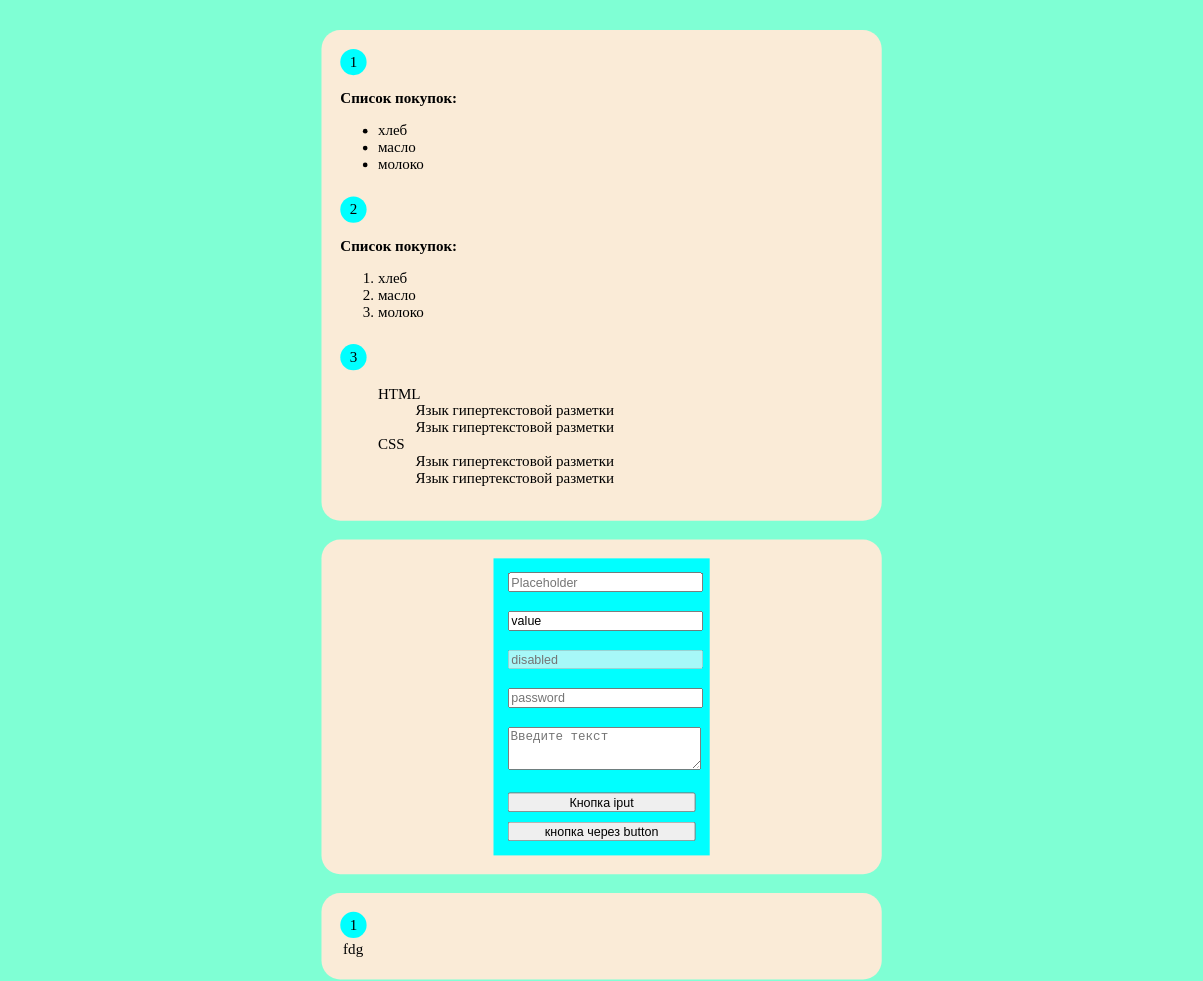
Repository: Savich01/-
Page: html/index.html
These files come from the project's save history. The page is drawn as it stood at one moment and after the next save; the edit follows.
The browser window is 1280 px wide. The pictures show the whole page, at 94% of full size.

Above is the page before, as saved 2024-05-31 15:35:46.

After the next save:
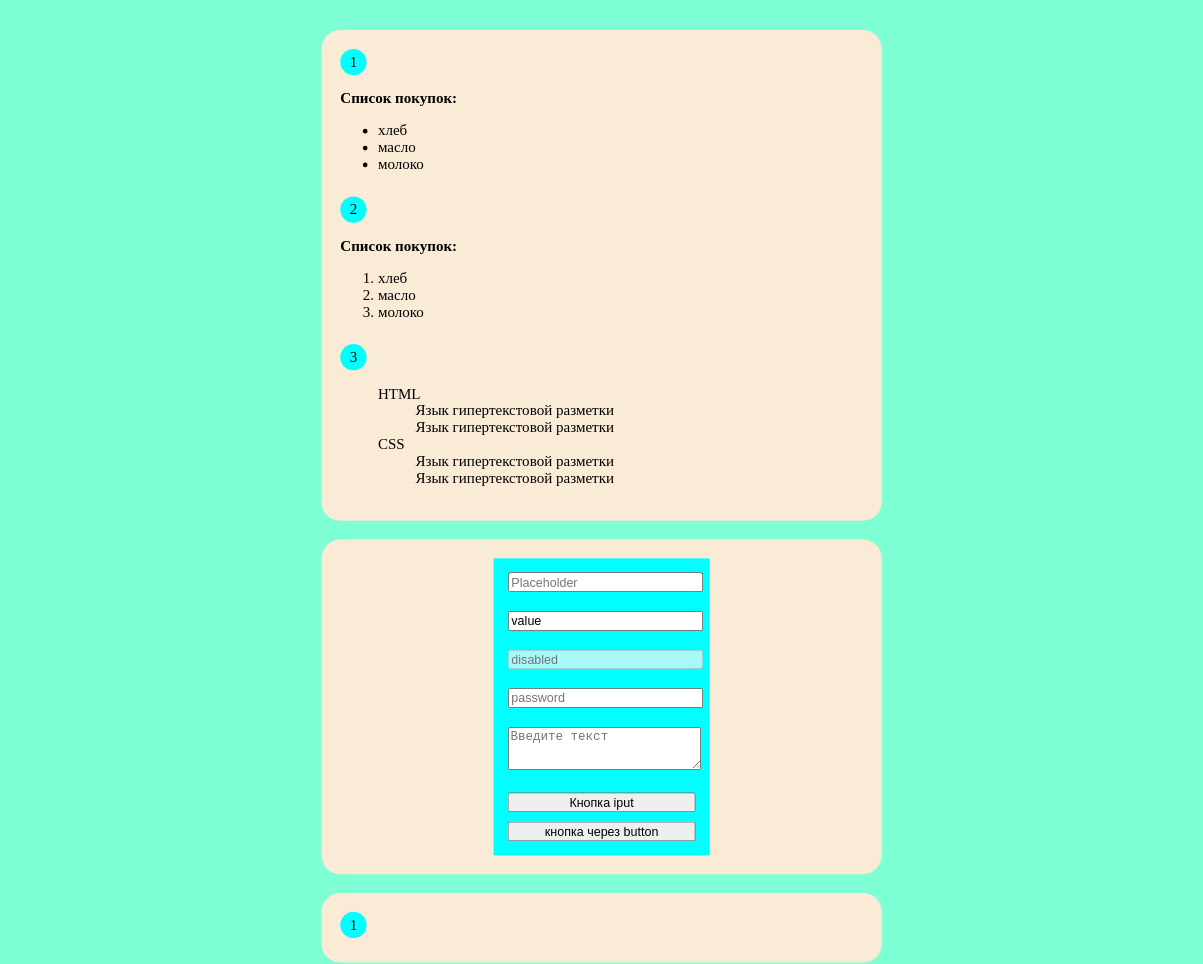
Saved 58 s later.
--- a/html/index.html
+++ b/html/index.html
@@ -66,7 +66,9 @@
             <section class="section-3">
                 <div class="block">1</div>
                 <table class="table">
-                    <td>fdg</td>
+                    <tr>
+                        <td></td>
+                    </tr>
                 </table>
             </section>
         </div>

After the save that followed:
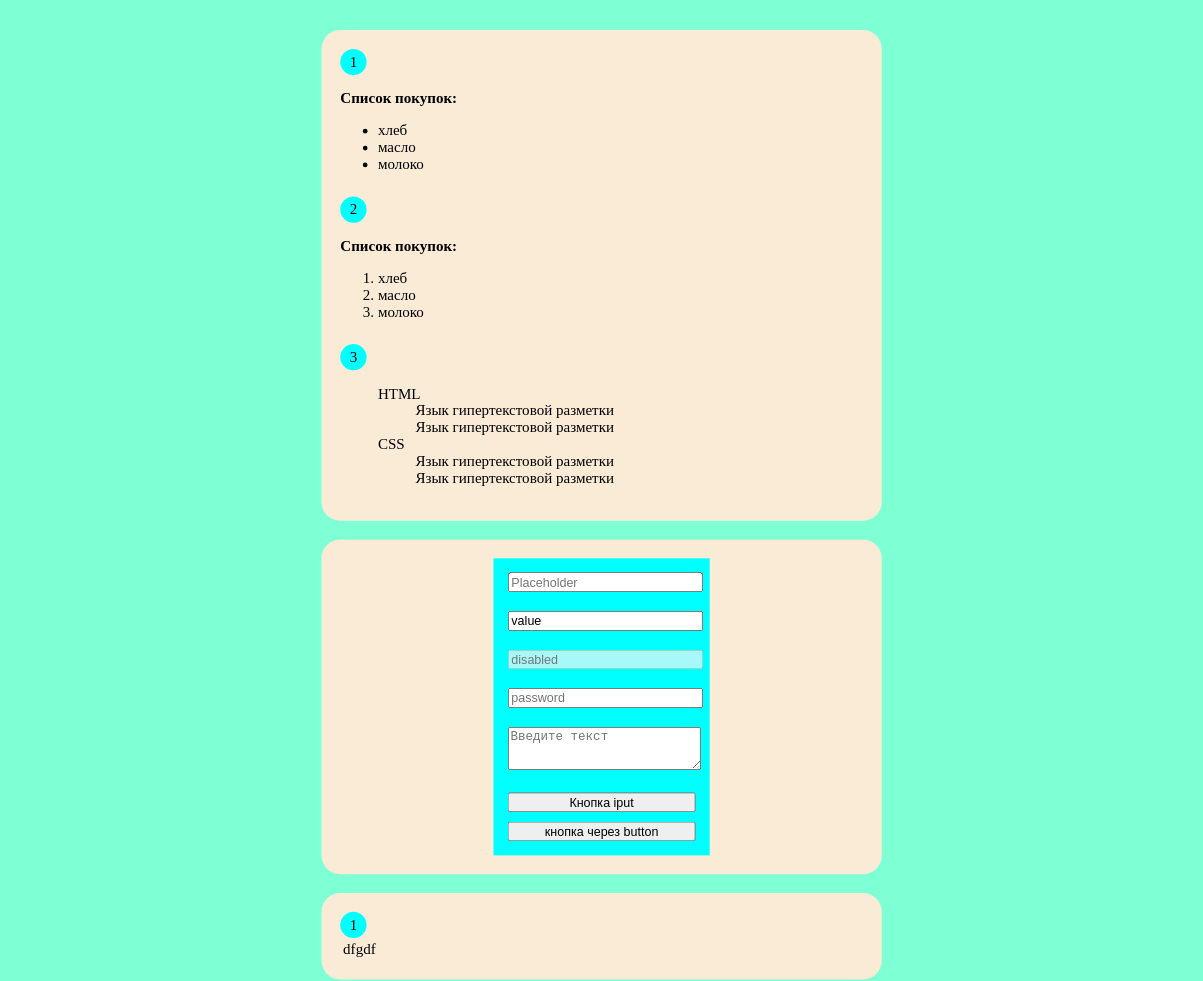
Saved 15 s later.
--- a/html/index.html
+++ b/html/index.html
@@ -67,7 +67,7 @@
                 <div class="block">1</div>
                 <table class="table">
                     <tr>
-                        <td></td>
+                        <td>dfgdf</td>
                     </tr>
                 </table>
             </section>
